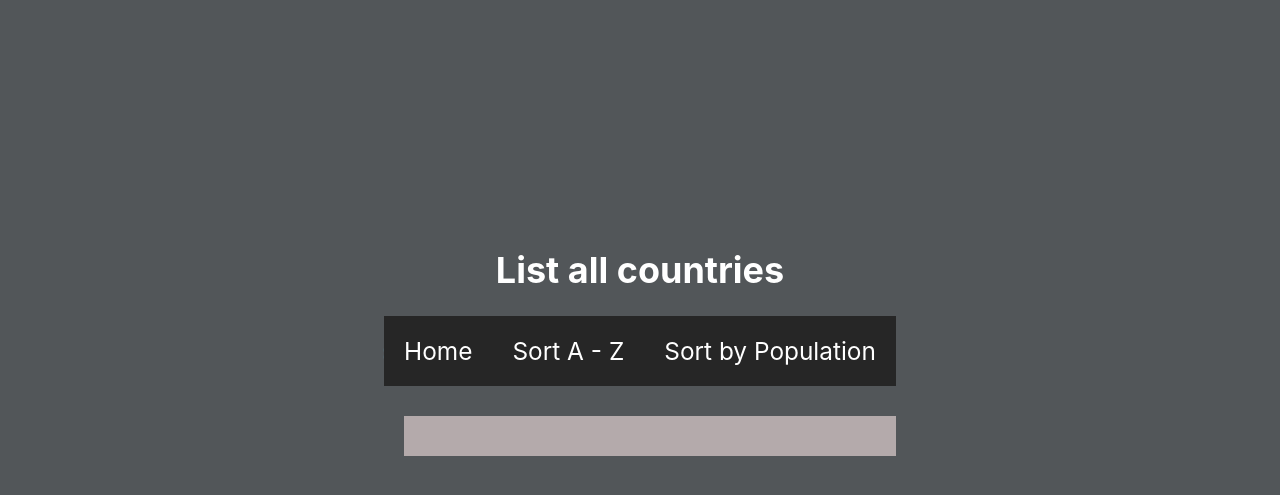
Repository: SaraHasan224/React-first-app
Page: /
The author's editor kept a copy of each file at every save. The page is drawn from the files as they stood at one save, then again after the next save.
The browser window is 1280 px wide. The pictures show the whole page.
The page's requests for data from a server got no answer. The project was rebuilt for these pictures with package versions that can differ from the ones it lists, and the page was loaded fresh each time. No one was signed in, and anything a server would have sent is missing. Also part of the build but not shown: src/assets/views/countryCard/countryCard.scss, src/assets/views/countryCard/countryCard.js.

Above is the page before, as saved 2020-03-13 09:49:15.

### src/App.js
import React from 'react';
import './App.scss';
import './assets/styles/general.scss';
import Countries from './assets/components/Countries/Countries';
function App() {
  return (
    <div className="App">
      <header className="App-header">
        <Countries/>
      </header>
    </div>
  );
}

export default App;

### src/App.scss
.App {
  text-align: center;
}

.App-logo {
  // height: 40vmin;
  // pointer-events: none;
    pointer-events: none;
    width: 80% !important;
    height: 75px;
    margin-left: -65px;
}

@media (prefers-reduced-motion: no-preference) {
  .App-logo {
    animation: App-logo-spin infinite 20s linear;
  }
}

.App-header {
  background-color: rgb(82, 86, 89);;
  min-height: 100vh;
  display: flex;
  flex-direction: column;
  align-items: center;
  justify-content: center;
  font-size: calc(10px + 2vmin);
  color: white;
}

.App-link {
  color: #61dafb;
}

@keyframes App-logo-spin {
  from {
    transform: rotate(0deg);
  }
  to {
    transform: rotate(360deg);
  }
}

### src/assets/styles/general.scss
button {
    display: inline-block;
    border: none;
    padding: 0.5rem;
    margin: 0;
    text-decoration: none;
    background: #0069ed;
    color: #ffffff;
    font-family: sans-serif;
    font-size: 1rem;
    cursor: pointer;
    text-align: center;
    transition: background 250ms ease-in-out,
                transform 150ms ease;
    -webkit-appearance: none;
    -moz-appearance: none;
}

button:hover,
button:focus {
    background: #0053ba;
}

button:focus {
    outline: 1px solid #fff;
    outline-offset: -4px;
}

button:active {
    transform: scale(0.99);
}

  h1 {
    font-size: 36px;
  }

  h4 {
    font-size: 25px;
  }
  h5 {
    font-size: 18px;
    margin: 15px 0px;
    white-space: nowrap;
    width: 200px;
    overflow: hidden;
    text-overflow: ellipsis;
  }

  p {
    font-size: 15px;
    margin: 5px 0px;
  }
  .container {
    margin-right: auto;
    margin-left: auto;
    padding-left: 15px;
    padding-right: 15px;
  }
  @media (min-width: 768px) {
    .container {
      width: 750px;
    }
  }
  @media (min-width: 992px) {
    .container {
      width: 970px;
    }
  }
  @media (min-width: 1200px) {
    .container {
      width: 1170px;
    }
  }

  .container-fluid {
    margin-right: auto;
    margin-left: auto;
    padding-left: 15px;
    padding-right: 15px;
  }
  .row {
    margin-left: -15px;
    margin-right: -15px;
  }
  .col-xs-1, .col-sm-1, .col-md-1, .col-lg-1, .col-xs-2, .col-sm-2, .col-md-2, .col-lg-2, .col-xs-3, .col-sm-3, .col-md-3, .col-lg-3, .col-xs-4, .col-sm-4, .col-md-4, .col-lg-4, .col-xs-5, .col-sm-5, .col-md-5, .col-lg-5, .col-xs-6, .col-sm-6, .col-md-6, .col-lg-6, .col-xs-7, .col-sm-7, .col-md-7, .col-lg-7, .col-xs-8, .col-sm-8, .col-md-8, .col-lg-8, .col-xs-9, .col-sm-9, .col-md-9, .col-lg-9, .col-xs-10, .col-sm-10, .col-md-10, .col-lg-10, .col-xs-11, .col-sm-11, .col-md-11, .col-lg-11, .col-xs-12, .col-sm-12, .col-md-12, .col-lg-12 {
    position: relative;
    min-height: 1px;
    padding-left: 15px;
    padding-right: 15px;
  }
  .col-xs-1, .col-xs-2, .col-xs-3, .col-xs-4, .col-xs-5, .col-xs-6, .col-xs-7, .col-xs-8, .col-xs-9, .col-xs-10, .col-xs-11, .col-xs-12 {
    float: left;
  }
  .col-xs-12 {
    width: 100%;
  }
  .col-xs-11 {
    width: 91.66666667%;
  }
  .col-xs-10 {
    width: 83.33333333%;
  }
  .col-xs-9 {
    width: 75%;
  }
  .col-xs-8 {
    width: 66.66666667%;
  }
  .col-xs-7 {
    width: 58.33333333%;
  }
  .col-xs-6 {
    width: 50%;
  }
  .col-xs-5 {
    width: 41.66666667%;
  }
  .col-xs-4 {
    width: 33.33333333%;
  }
  .col-xs-3 {
    width: 25%;
  }
  .col-xs-2 {
    width: 16.66666667%;
  }
  .col-xs-1 {
    width: 8.33333333%;
  }
  .col-xs-pull-12 {
    right: 100%;
  }
  .col-xs-pull-11 {
    right: 91.66666667%;
  }
  .col-xs-pull-10 {
    right: 83.33333333%;
  }
  .col-xs-pull-9 {
    right: 75%;
  }
  .col-xs-pull-8 {
    right: 66.66666667%;
  }
  .col-xs-pull-7 {
    right: 58.33333333%;
  }
  .col-xs-pull-6 {
    right: 50%;
  }
  .col-xs-pull-5 {
    right: 41.66666667%;
  }
  .col-xs-pull-4 {
    right: 33.33333333%;
  }
  .col-xs-pull-3 {
    right: 25%;
  }
  .col-xs-pull-2 {
    right: 16.66666667%;
  }
  .col-xs-pull-1 {
    right: 8.33333333%;
  }
  .col-xs-pull-0 {
    right: auto;
  }
  .col-xs-push-12 {
    left: 100%;
  }
  .col-xs-push-11 {
    left: 91.66666667%;
  }
  .col-xs-push-10 {
    left: 83.33333333%;
  }
  .col-xs-push-9 {
    left: 75%;
  }
  .col-xs-push-8 {
    left: 66.66666667%;
  }
  .col-xs-push-7 {
    left: 58.33333333%;
  }
  .col-xs-push-6 {
    left: 50%;
  }
  .col-xs-push-5 {
    left: 41.66666667%;
  }
  .col-xs-push-4 {
    left: 33.33333333%;
  }
  .col-xs-push-3 {
    left: 25%;
  }
  .col-xs-push-2 {
    left: 16.66666667%;
  }
  .col-xs-push-1 {
    left: 8.33333333%;
  }
  .col-xs-push-0 {
    left: auto;
  }
  .col-xs-offset-12 {
    margin-left: 100%;
  }
  .col-xs-offset-11 {
    margin-left: 91.66666667%;
  }
  .col-xs-offset-10 {
    margin-left: 83.33333333%;
  }
  .col-xs-offset-9 {
    margin-left: 75%;
  }
  .col-xs-offset-8 {
    margin-left: 66.66666667%;
  }
  .col-xs-offset-7 {
    margin-left: 58.33333333%;
  }
  .col-xs-offset-6 {
    margin-left: 50%;
  }
  .col-xs-offset-5 {
    margin-left: 41.66666667%;
  }
  .col-xs-offset-4 {
    margin-left: 33.33333333%;
  }
  .col-xs-offset-3 {
    margin-left: 25%;
  }
  .col-xs-offset-2 {
    margin-left: 16.66666667%;
  }
  .col-xs-offset-1 {
    margin-left: 8.33333333%;
  }
  .col-xs-offset-0 {
    margin-left: 0%;
  }
  @media (min-width: 768px) {
    .col-sm-1, .col-sm-2, .col-sm-3, .col-sm-4, .col-sm-5, .col-sm-6, .col-sm-7, .col-sm-8, .col-sm-9, .col-sm-10, .col-sm-11, .col-sm-12 {
      float: left;
    }
    .col-sm-12 {
      width: 100%;
    }
    .col-sm-11 {
      width: 91.66666667%;
    }
    .col-sm-10 {
      width: 83.33333333%;
    }
    .col-sm-9 {
      width: 75%;
    }
    .col-sm-8 {
      width: 66.66666667%;
    }
    .col-sm-7 {
      width: 58.33333333%;
    }
    .col-sm-6 {
      width: 50%;
    }
    .col-sm-5 {
      width: 41.66666667%;
    }
    .col-sm-4 {
      width: 33.33333333%;
    }
    .col-sm-3 {
      width: 25%;
    }
    .col-sm-2 {
      width: 16.66666667%;
    }
    .col-sm-1 {
      width: 8.33333333%;
    }
    .col-sm-pull-12 {
      right: 100%;
    }
    .col-sm-pull-11 {
      right: 91.66666667%;
    }
    .col-sm-pull-10 {
      right: 83.33333333%;
    }
    .col-sm-pull-9 {
      right: 75%;
    }
    .col-sm-pull-8 {
      right: 66.66666667%;
    }
    .col-sm-pull-7 {
      right: 58.33333333%;
    }
    .col-sm-pull-6 {
      right: 50%;
    }
    .col-sm-pull-5 {
      right: 41.66666667%;
    }
    .col-sm-pull-4 {
      right: 33.33333333%;
    }
    .col-sm-pull-3 {
      right: 25%;
    }
    .col-sm-pull-2 {
      right: 16.66666667%;
    }
    .col-sm-pull-1 {
      right: 8.33333333%;
    }
    .col-sm-pull-0 {
      right: auto;
    }
    .col-sm-push-12 {
      left: 100%;
    }
    .col-sm-push-11 {
      left: 91.66666667%;
    }
    .col-sm-push-10 {
      left: 83.33333333%;
    }
    .col-sm-push-9 {
      left: 75%;
    }
    .col-sm-push-8 {
      left: 66.66666667%;
    }
    .col-sm-push-7 {
      left: 58.33333333%;
    }
    .col-sm-push-6 {
      left: 50%;
    }
    .col-sm-push-5 {
      left: 41.66666667%;
    }
    .col-sm-push-4 {
      left: 33.33333333%;
    }
    .col-sm-push-3 {
      left: 25%;
    }
    .col-sm-push-2 {
      left: 16.66666667%;
    }
    .col-sm-push-1 {
      left: 8.33333333%;
    }
    .col-sm-push-0 {
      left: auto;
    }
    .col-sm-offset-12 {
      margin-left: 100%;
    }
    .col-sm-offset-11 {
      margin-left: 91.66666667%;
    }
    .col-sm-offset-10 {
      margin-left: 83.33333333%;
    }
    .col-sm-offset-9 {
      margin-left: 75%;
    }
    .col-sm-offset-8 {
      margin-left: 66.66666667%;
    }
    .col-sm-offset-7 {
      margin-left: 58.33333333%;
    }
    .col-sm-offset-6 {
      margin-left: 50%;
    }
    .col-sm-offset-5 {
      margin-left: 41.66666667%;
    }
    .col-sm-offset-4 {
      margin-left: 33.33333333%;
    }
    .col-sm-offset-3 {
      margin-left: 25%;
    }
    .col-sm-offset-2 {
      margin-left: 16.66666667%;
    }
    .col-sm-offset-1 {
      margin-left: 8.33333333%;
    }
    .col-sm-offset-0 {
      margin-left: 0%;
    }
  }
  @media (min-width: 992px) {
    .col-md-1, .col-md-2, .col-md-3, .col-md-4, .col-md-5, .col-md-6, .col-md-7, .col-md-8, .col-md-9, .col-md-10, .col-md-11, .col-md-12 {
      float: left;
    }
    .col-md-12 {
      width: 100%;
    }
    .col-md-11 {
      width: 91.66666667%;
    }
    .col-md-10 {
      width: 83.33333333%;
    }
    .col-md-9 {
      width: 75%;
    }
    .col-md-8 {
      width: 66.66666667%;
    }
    .col-md-7 {
      width: 58.33333333%;
    }
    .col-md-6 {
      width: 50%;
    }
    .col-md-5 {
      width: 41.66666667%;
    }
    .col-md-4 {
      width: 33.33333333%;
    }
    .col-md-3 {
      width: 25%;
    }
    .col-md-2 {
      width: 16.66666667%;
    }
    .col-md-1 {
      width: 8.33333333%;
    }
    .col-md-pull-12 {
      right: 100%;
    }
    .col-md-pull-11 {
      right: 91.66666667%;
    }
    .col-md-pull-10 {
      right: 83.33333333%;
    }
    .col-md-pull-9 {
      right: 75%;
    }
    .col-md-pull-8 {
      right: 66.66666667%;
    }
    .col-md-pull-7 {
      right: 58.33333333%;
    }
    .col-md-pull-6 {
      right: 50%;
    }
    .col-md-pull-5 {
      right: 41.66666667%;
    }
    .col-md-pull-4 {
      right: 33.33333333%;
    }
    .col-md-pull-3 {
      right: 25%;
    }
    .col-md-pull-2 {
      right: 16.66666667%;
    }
    .col-md-pull-1 {
      right: 8.33333333%;
    }
    .col-md-pull-0 {
      right: auto;
    }
    .col-md-push-12 {
      left: 100%;
    }
    .col-md-push-11 {
      left: 91.66666667%;
    }
    .col-md-push-10 {
      left: 83.33333333%;
    }
    .col-md-push-9 {
      left: 75%;
    }
    .col-md-push-8 {
      left: 66.66666667%;
    }
    .col-md-push-7 {
      left: 58.33333333%;
    }
    .col-md-push-6 {
      left: 50%;
    }
    .col-md-push-5 {
      left: 41.66666667%;
    }
    .col-md-push-4 {
      left: 33.33333333%;
    }
    .col-md-push-3 {
      left: 25%;
    }
    .col-md-push-2 {
      left: 16.66666667%;
    }
    .col-md-push-1 {
      left: 8.33333333%;
    }
    .col-md-push-0 {
      left: auto;
    }
    .col-md-offset-12 {
      margin-left: 100%;
    }
    .col-md-offset-11 {
      margin-left: 91.66666667%;
    }
    .col-md-offset-10 {
      margin-left: 83.33333333%;
    }
    .col-md-offset-9 {
      margin-left: 75%;
    }
    .col-md-offset-8 {
      margin-left: 66.66666667%;
    }
    .col-md-offset-7 {
      margin-left: 58.33333333%;
    }
    .col-md-offset-6 {
      margin-left: 50%;
    }
    .col-md-offset-5 {
      margin-left: 41.66666667%;
    }
    .col-md-offset-4 {
      margin-left: 33.33333333%;
    }
    .col-md-offset-3 {
      margin-left: 25%;
    }
    .col-md-offset-2 {
      margin-left: 16.66666667%;
    }
    .col-md-offset-1 {
      margin-left: 8.33333333%;
    }
    .col-md-offset-0 {
      margin-left: 0%;
    }
  }
  @media (min-width: 1200px) {
    .col-lg-1, .col-lg-2, .col-lg-3, .col-lg-4, .col-lg-5, .col-lg-6, .col-lg-7, .col-lg-8, .col-lg-9, .col-lg-10, .col-lg-11, .col-lg-12 {
      float: left;
    }
    .col-lg-12 {
      width: 100%;
    }
    .col-lg-11 {
      width: 91.66666667%;
    }
    .col-lg-10 {
      width: 83.33333333%;
    }
    .col-lg-9 {
      width: 75%;
    }
    .col-lg-8 {
      width: 66.66666667%;
    }
    .col-lg-7 {
      width: 58.33333333%;
    }
    .col-lg-6 {
      width: 50%;
    }
    .col-lg-5 {
      width: 41.66666667%;
    }
    .col-lg-4 {
      width: 33.33333333%;
    }
    .col-lg-3 {
      width: 25%;
    }
    .col-lg-2 {
      width: 16.66666667%;
    }
    .col-lg-1 {
      width: 8.33333333%;
    }
    .col-lg-pull-12 {
      right: 100%;
    }
    .col-lg-pull-11 {
      right: 91.66666667%;
    }
    .col-lg-pull-10 {
      right: 83.33333333%;
    }
    .col-lg-pull-9 {
      right: 75%;
    }
    .col-lg-pull-8 {
      right: 66.66666667%;
    }
    .col-lg-pull-7 {
      right: 58.33333333%;
    }
    .col-lg-pull-6 {
      right: 50%;
    }
    .col-lg-pull-5 {
      right: 41.66666667%;
    }
    .col-lg-pull-4 {
      right: 33.33333333%;
    }
    .col-lg-pull-3 {
      right: 25%;
    }
    .col-lg-pull-2 {
      right: 16.66666667%;
    }
    .col-lg-pull-1 {
      right: 8.33333333%;
    }
    .col-lg-pull-0 {
      right: auto;
    }
    .col-lg-push-12 {
      left: 100%;
    }
    .col-lg-push-11 {
      left: 91.66666667%;
    }
    .col-lg-push-10 {
      left: 83.33333333%;
    }
    .col-lg-push-9 {
      left: 75%;
    }
    .col-lg-push-8 {
      left: 66.66666667%;
    }
    .col-lg-push-7 {
      left: 58.33333333%;
    }
    .col-lg-push-6 {
      left: 50%;
    }
    .col-lg-push-5 {
      left: 41.66666667%;
    }
    .col-lg-push-4 {
      left: 33.33333333%;
    }
    .col-lg-push-3 {
      left: 25%;
    }
    .col-lg-push-2 {
      left: 16.66666667%;
    }
    .col-lg-push-1 {
      left: 8.33333333%;
    }
    .col-lg-push-0 {
      left: auto;
    }
    .col-lg-offset-12 {
      margin-left: 100%;
    }
    .col-lg-offset-11 {
      margin-left: 91.66666667%;
    }
    .col-lg-offset-10 {
      margin-left: 83.33333333%;
    }
    .col-lg-offset-9 {
      margin-left: 75%;
    }
    .col-lg-offset-8 {
      margin-left: 66.66666667%;
    }
    .col-lg-offset-7 {
      margin-left: 58.33333333%;
    }
    .col-lg-offset-6 {
      margin-left: 50%;
    }
    .col-lg-offset-5 {
      margin-left: 41.66666667%;
    }
    .col-lg-offset-4 {
      margin-left: 33.33333333%;
    }
    .col-lg-offset-3 {
      margin-left: 25%;
    }
    .col-lg-offset-2 {
      margin-left: 16.66666667%;
    }
    .col-lg-offset-1 {
      margin-left: 8.33333333%;
    }
    .col-lg-offset-0 {
      margin-left: 0%;
    }
  }
  .clearfix:before,
  .clearfix:after,
  .container:before,
  .container:after,
  .container-fluid:before,
  .container-fluid:after,
  .row:before,
  .row:after {
    content: " ";
    display: table;
  }
  .clearfix:after,
  .container:after,
  .container-fluid:after,
  .row:after {
    clear: both;
  }
  .center-block {
    display: block;
    margin-left: auto;
    margin-right: auto;
    justify-content: center;
  }
  .pull-right {
    float: right !important;
  }
  .pull-left {
    float: left !important;
  }
  .hide {
    display: none !important;
  }
  .show {
    display: block !important;
  }

### src/assets/components/Countries/Countries.js
import React, { Component } from 'react';
//Stylesheet
import '../Countries/Countries.scss';
//JSOn
import CData  from './Countries.json'
// Components
import countryCard from '../../views/countryCard/countryCard';
import countryHeader from '../../views/countryHeader/countryHeader';
//UTILITIES files
import {_initCountries,loadMoreCountries,sortNumerically,sortAlphabetically} from '../Countries/CountriesUtils';


class Countries extends Component {
    loadMoreCountries = () => { loadMoreCountries(this) };

    constructor(){
        super();
        this.state = {
            "allCountries": [],
            "visibleCountries": [],
            "countriesVisibleOnLoad": 8,

            "countryListError": false,
            "countriesSortedAlph": true,
            "countriesNum": false,

            "navigation":  [
                {
                    "title" : "Home",
                    "link": ""
                },
                {
                    "title" : "Sort A - Z",
                    "link": ""
                },
                {
                    "title" : "Sort by Population",
                    "link": () => sortNumerically(this)
                }
            ]
        }

        _initCountries(this);
    }

    render(){
        return(
            <div>
                <h1>{CData.title}</h1>
                {
                    countryHeader({
                        navigation: this.state.navigation
                      })
                }
                <section  class="countries">
                    <div className="country-list__countries center-block">
                        {
                            this.state.visibleCountries.map( (country,index) => {
                                return <React.Fragment key={index}>
                                {
                                    countryCard({
                                        imgSrc: country.flag,
                                        name: country.name,
                                        population: country.population,
                                        buttonText: "View",
                                        callback: null
                                    })
                                }
                                </React.Fragment>
                            })
                        }
                    </div>
                </section>
                    {
                        this.state.allCountries.length > this.state.visibleCountries.length && (
                            <button  className="button button--secondary button--load"  onClick={this.loadMoreCountries}>{CData.loadButton}</button>
                        )
                    }
            </div>
        )
    }
}

export default Countries;

### src/assets/components/Countries/Countries.scss
// .countries {
//   position: relative;
//   display: -ms-flexbox;
//   // display: flex;
//   -ms-flex-direction: column;
//   flex-direction: column;
//   word-wrap: break-word;
//   background-color: #fff;
//   background-clip: border-box;
//   border: 1px solid rgba(0, 0, 0, .125);
//   border-radius: .25rem
// }

.countries {
  max-width: 990px;
  width: calc(100% - 40px);

  background-color: #ffeaea91;

  padding: 20px 10px;
  margin: 30px 20px;
  margin-bottom: 40px;

  display: flex;
  flex-direction: column;
  justify-content: center;

}

### src/assets/components/Countries/Countries.json
{
    "title" : "List all countries",
    "loadButton" :   "Load More.."
}

### src/assets/views/countryHeader/countryHeader.js
import React from 'react';
import './countryHeader.scss'
import logo from '../../../logo.svg';


function countryHeader(props)
{
    return (
        <section class="navigation">
        <div class="nav-container">
          <div class="brand">
            <a href="#!"><img src={logo} className="App-logo" alt="logo" /></a>
          </div>
          <nav>
            <div class="nav-mobile"><a id="nav-toggle" href="#!"><span></span></a></div>
            <ul class="nav-list">
              {
                props.navigation.map((nav, index) => {
                  return(
                    <li key={index}>
                      <a href="#">{nav.title}</a>
                    </li>
                  )
                })
              }
            </ul>
          </nav>
        </div>
      </section>
    )
}

export default countryHeader

### src/assets/components/Countries/CountriesUtils.js
import CONFIG from '../../Config';


function _initCountries(context){
    fetch(CONFIG.api).then((resp) => resp.json()).then(function(data) {
        context.setState( (state) => ( {
            allCountries: data,
            visibleCountries: data.slice(0,state.countriesVisibleOnLoad)
        } ));
      })
      .catch(function(error) {
        console.error(error);
        context.setState( (state) => ( {countryListError: true}));
      });
}

function loadMoreCountries(context){
  context.setState( (state) => ( {
    visibleCountries: [...state.allCountries],
    countriesVisible: state.allCountries.length
  } ));
}


function sortAlphabetically(context) {
  context.setState( (state) => {
    let sortedList = [...state.allCountries];
    if(!state.countriesSortedAlph){
      sortedList.sort( function(a,b){ return a.name > b.name ? 1 : -1})
    } else {
      sortedList.sort( function(a,b){ return a.name <= b.name ? 1 : -1})
    }
    return {
      allCountries: sortedList,
      countriesNum: undefined,
      countriesSortedAlph: !state.countriesSortedAlph,
      visibleCountries: sortedList.slice(0, state.countriesVisible)
    }
  })
}

function sortNumerically(context) {
  context.setState( (state) => {
    let sortedList = [...state.allCountries];

    if(state.countriesNum){
      sortedList.sort( function(a,b){ return a.population - b.population})
    } else {
      sortedList.sort( function(a,b){ return b.population - a.population})
    }

    return {
      allCountries: sortedList,
      visibleCountries: sortedList.slice(0, state.countriesVisible),
      countriesNum: !state.countriesNum,
      countriesSortedAlph: undefined
    }
  })

}

export {
    _initCountries,
    loadMoreCountries,
    sortNumerically,
    sortAlphabetically
}

### src/assets/views/countryHeader/countryHeader.scss
// Navigation Variables
$content-width: 1000px;
$breakpoint: 799px;
$nav-height: 70px;
$nav-background: #262626;
$nav-font-color: #ffffff;
$link-hover-color: #2581DC;

// Outer navigation wrapper
.navigation {
  height: $nav-height;
  background: $nav-background;
}

// Logo and branding
.brand {
  position: absolute;
  padding-left: 20px;
  float: left;
  line-height: $nav-height;
  text-transform: uppercase;
  font-size: 1.4em;
  a,
  a:visited {
    color: $nav-font-color;
    text-decoration: none;
  }
}

// Container with no padding for navbar
.nav-container {
  max-width: $content-width;
  margin: 0 auto;
}

// Navigation
nav {
  float: right;
  ul {
    list-style: none;
    margin: 0;
    padding: 0;
    li {
      float: left;
      position: relative;
      a,
      a:visited {
        display: block;
        padding: 0 20px;
        line-height: $nav-height;
        background: $nav-background;
        color: $nav-font-color;
        text-decoration: none;
        &:hover {
          background: $link-hover-color;
          color: $nav-font-color;
        }
        &:not(:only-child):after {
          padding-left: 4px;
          content: ' ▾';
        }
      } // Dropdown list
      ul li {
        min-width: 190px;
        a {
          padding: 15px;
          line-height: 20px;
        }
      }
    }
  }
}

// Dropdown list binds to JS toggle event
.nav-dropdown {
  position: absolute;
  display: none;
  z-index: 1;
  box-shadow: 0 3px 12px rgba(0, 0, 0, 0.15);
}

/* Mobile navigation */

// Binds to JS Toggle
.nav-mobile {
  display: none;
  position: absolute;
  top: 0;
  right: 0;
  background: $nav-background;
  height: $nav-height;
  width: $nav-height;
}
@media only screen and (max-width: 798px) {
  // Hamburger nav visible on mobile only
  .nav-mobile {
    display: block;
  }
  nav {
   width: 100%;
    padding: $nav-height 0 15px;
    ul {
      display: none;
      li {
        float: none;
        a {
          padding: 15px;
          line-height: 20px;
        }
        ul li a {
          padding-left: 30px;
        }
      }
    }
  }
  .nav-dropdown {
    position: static;
  }
}
@media screen and (min-width: $breakpoint) {
  .nav-list {
    display: block !important;
  }
}
#nav-toggle {
  position: absolute;
  left: 18px;
  top: 22px;
  cursor: pointer;
  padding: 10px 35px 16px 0px;
  span,
  span:before,
  span:after {
    cursor: pointer;
    border-radius: 1px;
    height: 5px;
    width: 35px;
    background: $nav-font-color;
    position: absolute;
    display: block;
    content: '';
    transition: all 300ms ease-in-out;
  }
  span:before {
    top: -10px;
  }
  span:after {
    bottom: -10px;
  }
  &.active span {
    background-color: transparent;
    &:before,
    &:after {
      top: 0;
    }
    &:before {
      transform: rotate(45deg);
    }
    &:after {
      transform: rotate(-45deg);
    }
  }
}

### src/assets/Config.js
const CONFIG = {
    'api' : 'https://restcountries.eu/rest/v2/all'
}

export default CONFIG;

Loaded but not shown: public/index.html (common file); src/index.js (common file); src/index.scss (common file); src/serviceWorker.js (common file)

After the next save:
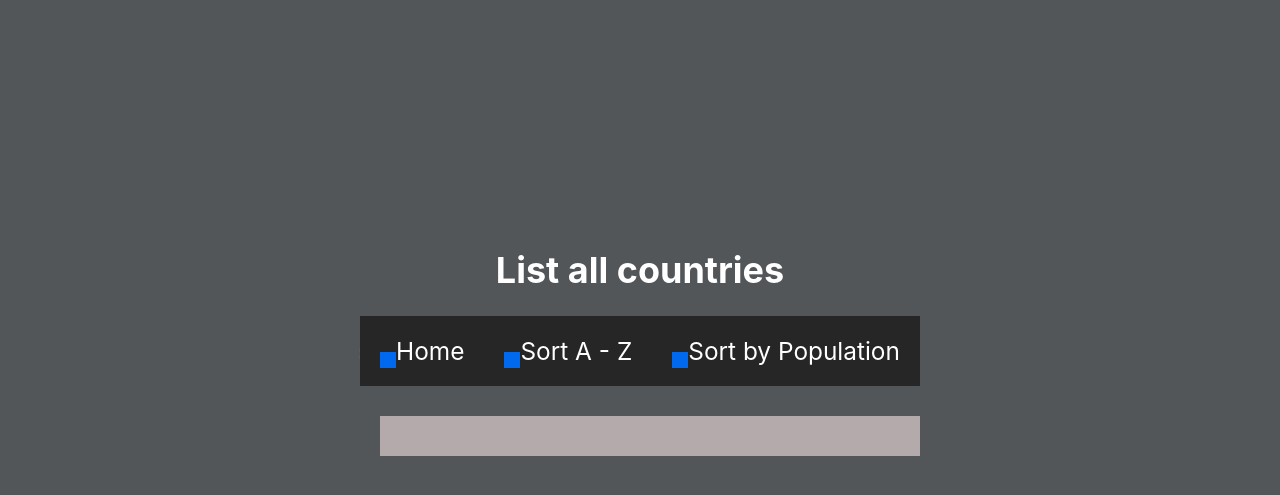
Saved 9 s later.
--- a/src/assets/views/countryHeader/countryHeader.js
+++ b/src/assets/views/countryHeader/countryHeader.js
@@ -18,7 +18,7 @@ function countryHeader(props)
                 props.navigation.map((nav, index) => {
                   return(
                     <li key={index}>
-                      <a href="#">{nav.title}</a>
+                      <a href="#"><button onClick={nav.link}></button>{nav.title}</a>
                     </li>
                   )
                 })
